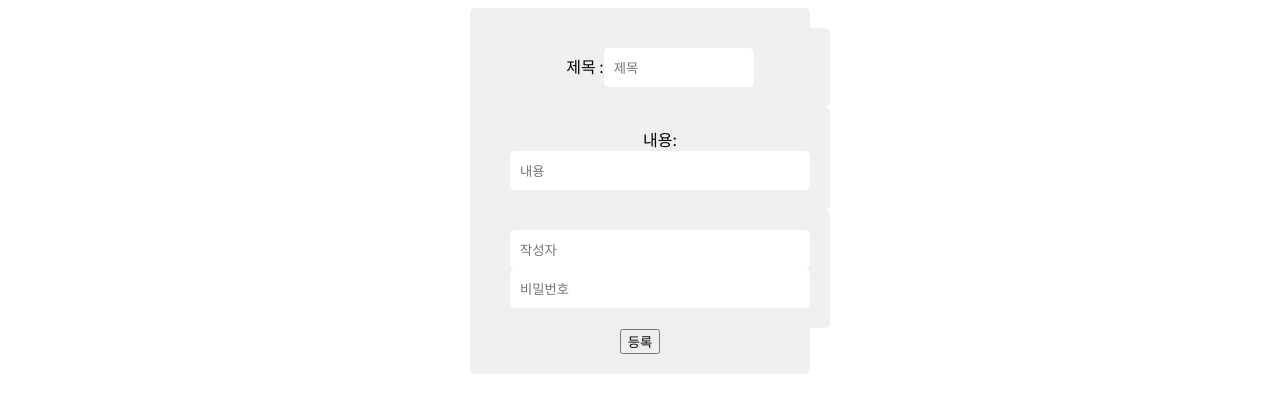
Repository: tae10/app-board-solo
Page: http://localhost/app-board/create
An editor plug-in stored every save of this project. The page is shown before and after the next save, followed by the edit.
The browser window is 1280 px wide. The pictures show the whole page.
The page is served by Tomcat 9.

Above is the page before, as saved 2023-04-10 14:22:07.

After the next save:
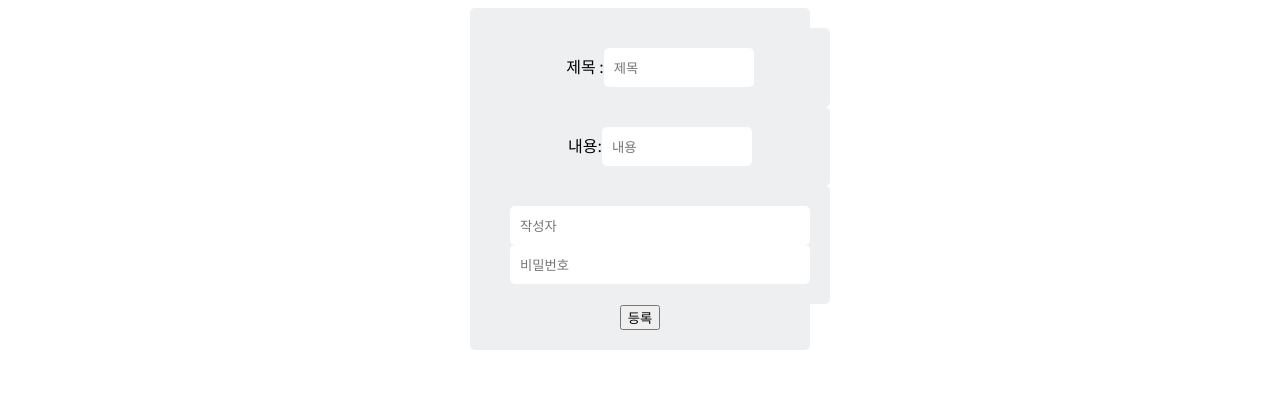
Saved 36 s later.
--- a/app-board/src/main/webapp/WEB-INF/views/board/create.jsp
+++ b/app-board/src/main/webapp/WEB-INF/views/board/create.jsp
@@ -15,7 +15,7 @@
 				제목 :<input style="width: 150px" type="text" name="title" placeholder="제목">
 			</div>
 			<div>
-				내용:<input class="container" type="text" name="content" placeholder="내용" >
+				내용:<input style="width: 150px" height="150px" class="container" type="text" name="content" placeholder="내용" >
 			</div>
 			<c:if test="${empty sessionScope.logonUser }">
 				<div>
